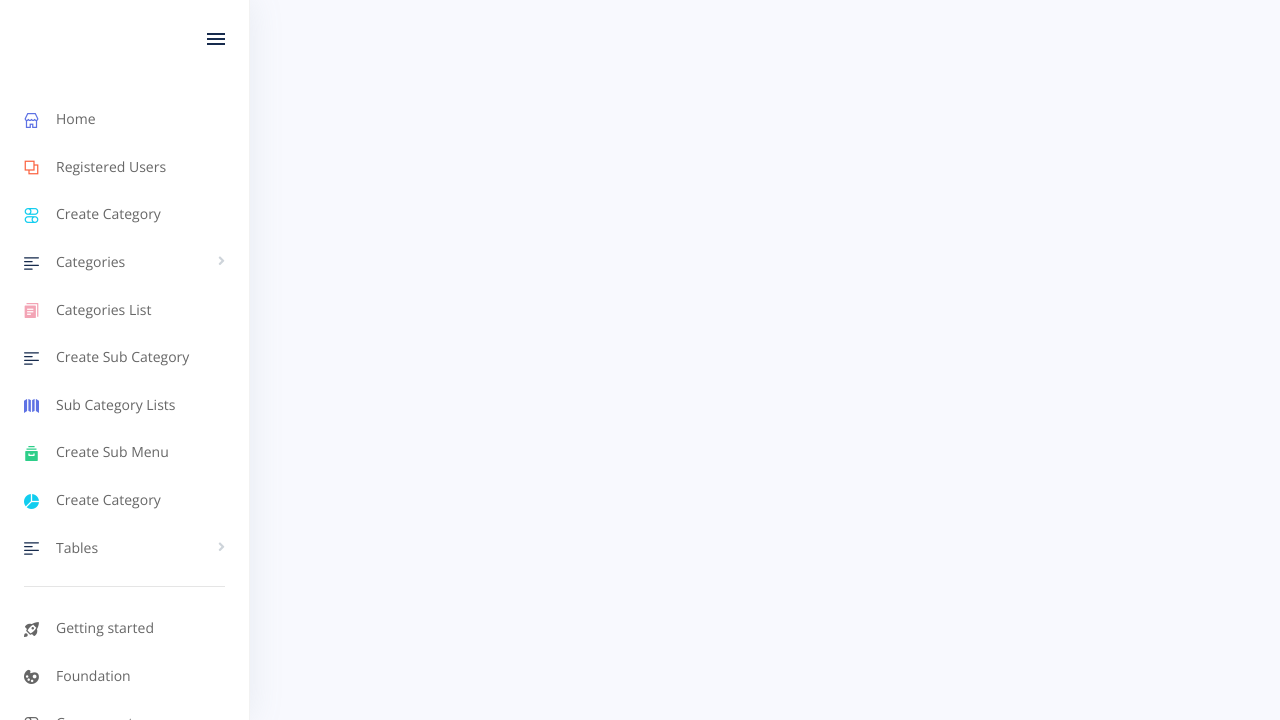
Repository: shivaylamba/caadvotescs
Page: resources/views/admin/layouts/header.blade.php
An editor plug-in stored every save of this project. The page is shown before and after the next save, followed by the edit.
The browser window is 1280 px wide. The pictures show the whole page.
The page is served by the project's Laravel application, run on PHP 8.4 with Laravel 8. Other server files are loaded and not shown. The template is opened directly, without the code that normally fills it, so the values that code supplies are empty.

Above is the page before, as saved 2020-01-10 01:38:25.

### routes/web.php
<?php

/*
|--------------------------------------------------------------------------
| Web Routes
|--------------------------------------------------------------------------
|
| Here is where you can register web routes for your application. These
| routes are loaded by the RouteServiceProvider within a group which
| contains the "web" middleware group. Now create something great!
|
*/

//Route::get('/post', 'Admin\PageController@pageContent');

Route::get('/', 'Admin\MenuController@menuContent');


//Site View


Route::get('/db', function() {
    if(DB::connection()->getDatabaseName())
    {
       echo "conncted sucessfully to database ".DB::connection()->getDatabaseName();
    }
 });

Route::group(['middleware' => ['auth','admin']], function () {

    Route::get('/admin', function () {
        return view('admin.dashboard');
    });

    //Users

    Route::get('/users', 'Admin\DashboardController@registered');
    Route::get('/user-edit/{id}', 'Admin\DashboardController@useredit');
    Route::put('/user-profile-update/{id}', 'Admin\DashboardController@userupdate');
    Route::delete('/delete-user/{id}', 'Admin\DashboardController@deleteuser');

    //Services Categories
    Route::get('/create-category', 'Admin\ServicesController@createcategory');
    Route::post('/save-category', 'Admin\ServicesController@savecategory');
    Route::get('/category-list', 'Admin\ServicesController@categoryList');
    Route::delete('/delete-category/{id}', 'Admin\ServicesController@deletecategory');
    Route::get('/category-edit/{id}', 'Admin\ServicesController@categoryedit');
    Route::post('/update-category/{id}', 'Admin\ServicesController@updatecategory');

    //Services SubCategories
    Route::get('/create-subcategory', 'Admin\ServicesController@createsubcategory');
    Route::post('/save-subcategory', 'Admin\ServicesController@savesubcategory');
    Route::get('/subcategory-list', 'Admin\ServicesController@subcategoryList');
    Route::delete('/delete-subcategory/{id}', 'Admin\ServicesController@deletesubcategory');
    Route::get('/subcategory-edit/{id}', 'Admin\ServicesController@subcategoryedit');
    Route::post('/update-subcategory/{id}', 'Admin\ServicesController@updatesubcategory');

    //Services Page









});

Auth::routes();

Route::get('/home', 'HomeController@index')->name('home');

### app/Http/Controllers/Auth/LoginController.php
<?php

namespace App\Http\Controllers\Auth;

use App\Http\Controllers\Controller;
use Illuminate\Foundation\Auth\AuthenticatesUsers;
use Illuminate\Support\Facades\Auth;


class LoginController extends Controller
{
    /*
    |--------------------------------------------------------------------------
    | Login Controller
    |--------------------------------------------------------------------------
    |
    | This controller handles authenticating users for the application and
    | redirecting them to your home screen. The controller uses a trait
    | to conveniently provide its functionality to your applications.
    |
    */

    use AuthenticatesUsers;

    /**
     * Where to redirect users after login.
     *
     * @var string
     */
    //protected $redirectTo = '/home';

    protected function redirectTo()
    {
        if(Auth::user()->usertype == 'admin')
        {
            return 'admin';
        }
        else
        {
            return 'home';
        }
    }

    /**
     * Create a new controller instance.
     *
     * @return void
     */
    public function __construct()
    {
        $this->middleware('guest')->except('logout');
    }
}

### resources/views/admin/layouts/header.blade.php
<!DOCTYPE html>
<html>
<head>
  <meta charset="utf-8">
  <meta name="viewport" content="width=device-width, initial-scale=1, shrink-to-fit=no">
  <meta name="description" content="">
  <meta name="author" content="">
  <title></title>
  <!-- Extra details for Live View on GitHub Pages -->
  <!-- Canonical SEO -->
  <link rel="canonical" href="" />
  <!--  Social tags      -->
  <meta name="keywords" content="">
  <meta name="description" content="">
  <!-- Schema.org markup for Google+ -->
  <meta itemprop="name" content="">
  <meta itemprop="description" content="">
  <meta itemprop="image" content="">
  <!-- Twitter Card data -->
  <meta name="twitter:card" content="product">
  <meta name="twitter:site" content="">
  <meta name="twitter:title" content="">
  <meta name="twitter:description" content="">
  <meta name="twitter:creator" content="">
  <meta name="twitter:image" content="">
  <!-- Favicon -->
  <link rel="icon" href="" type="image/png">
  <!-- Fonts -->
  <link rel="stylesheet" href="https://fonts.googleapis.com/css?family=Open+Sans:300,400,600,700">
  <!-- Icons -->
  <link rel="stylesheet" href="../../assets/vendor/nucleo/css/nucleo.css" type="text/css">
  <link rel="stylesheet" href="../../assets/vendor/@fortawesome/fontawesome-free/css/all.min.css" type="text/css">
  <link rel="stylesheet" href="https://maxcdn.bootstrapcdn.com/bootstrap/4.0.0/css/bootstrap.min.css" integrity="sha384-Gn5384xqQ1aoWXA+058RXPxPg6fy4IWvTNh0E263XmFcJlSAwiGgFAW/dAiS6JXm" crossorigin="anonymous">
  <!-- Page plugins -->
  <link rel="stylesheet" href="../../assets/vendor/datatables.net-bs4/css/dataTables.bootstrap4.min.css">
  <link rel="stylesheet" href="../../assets/vendor/datatables.net-buttons-bs4/css/buttons.bootstrap4.min.css">
  <link rel="stylesheet" href="../../assets/vendor/datatables.net-select-bs4/css/select.bootstrap4.min.css">
  <!-- Argon CSS -->
  <link rel="stylesheet" href="../../assets/css/argon.min.css" type="text/css">
  <link rel="stylesheet" href="../../assets/css/custom.css" type="text/css">
</head>

<body>
  <!-- Sidenav -->
  <nav class="sidenav navbar navbar-vertical fixed-left navbar-expand-xs navbar-light bg-white" id="sidenav-main">
    <div class="scrollbar-inner">
      <!-- Brand -->
      <div class="sidenav-header d-flex align-items-center">
        <a class="navbar-brand" href="dashboard.html">
          <img src="../../assets/img/brand/logo-black.jpg" style="width:250px; height:150px;" class="navbar-brand-img" alt="...">
        </a>
        <div class="ml-auto">
          <!-- Sidenav toggler -->
          <div class="sidenav-toggler d-none d-xl-block" data-action="sidenav-unpin" data-target="#sidenav-main">
            <div class="sidenav-toggler-inner">
              <i class="sidenav-toggler-line"></i>
              <i class="sidenav-toggler-line"></i>
              <i class="sidenav-toggler-line"></i>
            </div>
          </div>
        </div>
      </div>
      <div class="navbar-inner">
        <!-- Collapse -->
        <div class="collapse navbar-collapse" id="sidenav-collapse-main">
          <!-- Nav items -->
          <ul class="navbar-nav">
            <li class="nav-item">
            <a class="nav-link {{'admin' == request()->path() ? 'active' : ''}}" href="/admin"  role="button" aria-expanded="true" aria-controls="navbar-dashboards">
                <i class="ni ni-shop text-primary"></i>
                <span class="nav-link-text">Home</span>
              </a>
            </li>
            <li class="nav-item">
              <a class="nav-link {{'users' == request()->path() ? 'active' : ''}}" href="/users" role="button" aria-expanded="false" aria-controls="navbar-examples">
                <i class="ni ni-ungroup text-orange"></i>
                <span class="nav-link-text">Registered Users</span>
              </a>
            </li>
            <li class="nav-item">
              <a class="nav-link {{'create-category' == request()->path() ? 'active' : ''}}" href="/create-category"  role="button" aria-expanded="false" aria-controls="navbar-components">
                <i class="ni ni-ui-04 text-info"></i>
                <span class="nav-link-text">Create Category</span>
              </a>
            </li>
            <li class="nav-item">
              <a class="nav-link {{['create-category','category-list', 'create-subcategory', 'subcategory-list'] == request()->path() ? 'active' : ''}}" href="#navbar-tables" data-toggle="collapse" role="button" aria-expanded="false" aria-controls="navbar-tables">
                <i class="ni ni-align-left-2 text-default"></i>
                <span class="nav-link-text">Categories</span>
              </a>
              <div class="collapse" id="navbar-tables">
                <ul class="nav nav-sm flex-column">
                  <li class="nav-item">
                    <a href="/create-category" class="nav-link">Create Category</a>
                  </li>
                  <li class="nav-item">
                    <a href="/create-subcategory" class="nav-link">Create SubCategory</a>
                  </li>
                  <li class="nav-item">
                    <a href="/category-list" class="nav-link">Category List</a>
                  </li>
                  <li class="nav-item">
                    <a href="/subcategory-list" class="nav-link">SubCategory List</a>
                  </li>
                </ul>
              </div>
            </li>
            <li class="nav-item">
              <a class="nav-link {{'category-list' == request()->path() ? 'active' : ''}}" href="/category-list"  role="button" aria-expanded="false" aria-controls="navbar-forms">
                <i class="ni ni-single-copy-04 text-pink"></i>
                <span class="nav-link-text">Categories List</span>
              </a>
            </li>
            <li class="nav-item">
              <a class="nav-link {{'create-subcategory' == request()->path() ? 'active' : ''}}" href="/create-subcategory" role="button" aria-expanded="false" aria-controls="navbar-tables">
                <i class="ni ni-align-left-2 text-default"></i>
                <span class="nav-link-text">Create Sub Category</span>
              </a>
            </li>
            <li class="nav-item">
              <a class="nav-link {{'subcategory-list' == request()->path() ? 'active' : ''}}" href="/subcategory-list" role="button" aria-expanded="false" aria-controls="navbar-maps">
                <i class="ni ni-map-big text-primary"></i>
                <span class="nav-link-text">Sub Category Lists</span>
              </a>
            </li>
            <li class="nav-item">
              <a class="nav-link {{'create-submenu' == request()->path() ? 'active' : ''}}" href="/create-submenu">
                <i class="ni ni-archive-2 text-green"></i>
                <span class="nav-link-text">Create Sub Menu</span>
              </a>
            </li>
            <li class="nav-item">
              <a class="nav-link {{'create-category' == request()->path() ? 'active' : ''}}" href="/create-category">
                <i class="ni ni-chart-pie-35 text-info"></i>
                <span class="nav-link-text">Create Category</span>
              </a>
            </li>
            <li class="nav-item">
              <a class="nav-link" href="#navbar-tables" data-toggle="collapse" role="button" aria-expanded="false" aria-controls="navbar-tables">
                <i class="ni ni-align-left-2 text-default"></i>
                <span class="nav-link-text">Tables</span>
              </a>
              <div class="collapse" id="navbar-tables">
                <ul class="nav nav-sm flex-column">
                  <li class="nav-item">
                    <a href="../../pages/tables/tables.html" class="nav-link">Tables</a>
                  </li>
                  <li class="nav-item">
                    <a href="../../pages/tables/sortable.html" class="nav-link">Sortable</a>
                  </li>
                  <li class="nav-item">
                    <a href="../../pages/tables/datatables.html" class="nav-link">Datatables</a>
                  </li>
                </ul>
              </div>
            </li>
          </ul>
          <!-- Divider -->
          <hr class="my-3">
          <!-- Heading -->
          <h6 class="navbar-heading p-0 text-muted">Documentation</h6>
          <!-- Navigation -->
          <ul class="navbar-nav mb-md-3">
            <li class="nav-item">
              <a class="nav-link" href="../../docs/getting-started/overview.html" target="_blank">
                <i class="ni ni-spaceship"></i>
                <span class="nav-link-text">Getting started</span>
              </a>
            </li>
            <li class="nav-item">
              <a class="nav-link" href="../../docs/foundation/colors.html" target="_blank">
                <i class="ni ni-palette"></i>
                <span class="nav-link-text">Foundation</span>
              </a>
            </li>
            <li class="nav-item">
              <a class="nav-link" href="../../docs/components/alerts.html" target="_blank">
                <i class="ni ni-ui-04"></i>
                <span class="nav-link-text">Components</span>
              </a>
            </li>
            <li class="nav-item">
              <a class="nav-link" href="../../docs/plugins/charts.html" target="_blank">
                <i class="ni ni-chart-pie-35"></i>
                <span class="nav-link-text">Plugins</span>
              </a>
            </li>

          </ul>
        </div>
      </div>
    </div>
  </nav>

### public/assets/css/custom.css
.navbar-vertical.navbar-expand-xs .navbar-nav>.nav-item>.nav-link.active {
    background: #ffa4ff6b !important;
}

Loaded but not shown: app/Http/Controllers/Controller.php (common file); public/assets/css/argon.min.css (library)

After the next save:
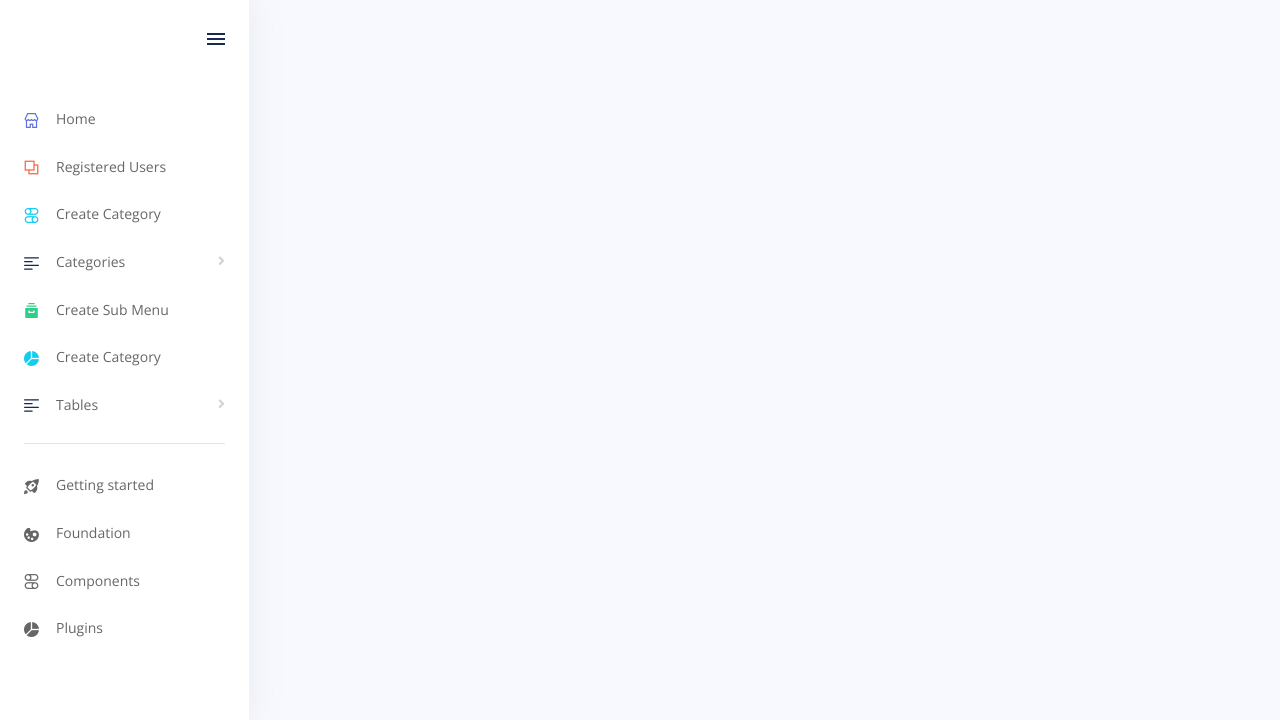
Saved 6 s later.
--- a/resources/views/admin/layouts/header.blade.php
+++ b/resources/views/admin/layouts/header.blade.php
@@ -106,24 +106,6 @@
               </div>
             </li>
             <li class="nav-item">
-              <a class="nav-link {{'category-list' == request()->path() ? 'active' : ''}}" href="/category-list"  role="button" aria-expanded="false" aria-controls="navbar-forms">
-                <i class="ni ni-single-copy-04 text-pink"></i>
-                <span class="nav-link-text">Categories List</span>
-              </a>
-            </li>
-            <li class="nav-item">
-              <a class="nav-link {{'create-subcategory' == request()->path() ? 'active' : ''}}" href="/create-subcategory" role="button" aria-expanded="false" aria-controls="navbar-tables">
-                <i class="ni ni-align-left-2 text-default"></i>
-                <span class="nav-link-text">Create Sub Category</span>
-              </a>
-            </li>
-            <li class="nav-item">
-              <a class="nav-link {{'subcategory-list' == request()->path() ? 'active' : ''}}" href="/subcategory-list" role="button" aria-expanded="false" aria-controls="navbar-maps">
-                <i class="ni ni-map-big text-primary"></i>
-                <span class="nav-link-text">Sub Category Lists</span>
-              </a>
-            </li>
-            <li class="nav-item">
               <a class="nav-link {{'create-submenu' == request()->path() ? 'active' : ''}}" href="/create-submenu">
                 <i class="ni ni-archive-2 text-green"></i>
                 <span class="nav-link-text">Create Sub Menu</span>
